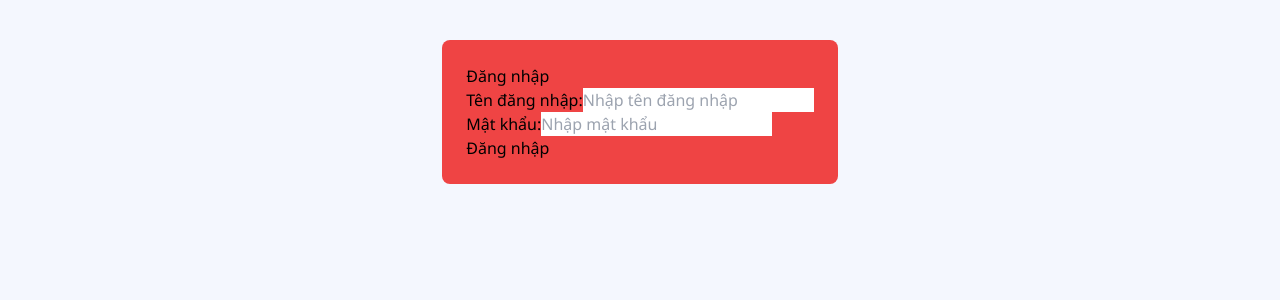
Repository: phuc258/BTVN03-REACT03
Page: /login
These files come from the project's save history. The page is drawn as it stood at one moment and after the next save; the edit follows.
The browser window is 1280 px wide. The pictures show the whole page.
The project was rebuilt for these pictures with package versions that can differ from the ones it lists, and the page was loaded fresh each time. Also part of the build but not shown: vite.config.ts, src/pages/NotFoundPage.tsx, src/pages/TodoPage.tsx.

Above is the page before, as saved 2026-01-18 23:34:33.

### index.html
<!doctype html>
<html lang="en">
  <head>
    <meta charset="UTF-8" />
    <link rel="icon" type="image/svg+xml" href="/vite.svg" />
    <meta name="viewport" content="width=device-width, initial-scale=1.0" />
    <title>btvn03-react-typescript</title>
  </head>
  <body>
    <div id="root"></div>
    <script type="module" src="/src/main.tsx"></script>
  </body>
</html>

### src/App.css
@tailwind base;
@tailwind components;
@tailwind utilities;

* {
    margin: 0;
    padding: 0;
    box-sizing: border-box;
}

body {
    font-family: 'Segoe UI', Helvetica, Arial, sans-serif;
    background-color: #f4f7fe;
    display: flex;
    justify-content: center;
    align-items: flex-start;
    min-height: 100vh;
    padding: 40px 20px;
}

.card {
    background: white;
    width: 100%;
    max-width: 400px;
    padding: 2rem;
    border-radius: 12px;
    box-shadow: 0 10px 25px rgba(0, 0, 0, 0.1);
}

.title {
    text-align: center;
    color: #2A8C43;
    margin-bottom: 1.5rem;
    font-size: 24px;
}

.search-container {
    display: flex;
    gap: 8px;
    margin-bottom: 20px;
}

.input-wrapper {
    position: relative;
    flex: 1;
}

.clear-btn {
    position: absolute;
    right: 10px;
    top: 50%;
    transform: translateY(-50%);
    background: none;
    border: none;
    color: #999;
    font-size: 18px;
    cursor: pointer;
    padding: 5px;
    line-height: 1;
}

.clear-btn:hover {
    color: #666;
}

.input-search {
    width: 100%;
    padding: 12px 35px 12px 12px;
    border-radius: 8px;
    border: 1px solid #ddd;
    outline: none;
}

.search-container {
    display: flex;
    gap: 8px;
    margin-bottom: 20px;
}

.search-btn {
    padding: 0 16px;
    background-color: #2A8C43;
    color: white;
    border: none;
    border-radius: 8px;
    font-weight: bold;
    cursor: pointer;
}

.todo-list {
    list-style: none;
}

.todo-item {
    display: flex;
    align-items: center;
    gap: 12px;
    padding: 12px 0;
    border-bottom: 1px solid #eee;
}

.todo-item input[type="checkbox"] {
    width: 18px;
    height: 18px;
    cursor: pointer;
    accent-color: #2A8C43;
}

.todo-item span {
    font-size: 16px;
    color: #333;
    cursor: pointer;
}

.todo-item span.done {
    text-decoration: line-through;
    color: #a0aec0;
}

### src/App.tsx
import "./App.css";
import { TodoProvider } from "./context/TodoContext";
import MainRoute from "./routes/MainRoute";

function App() {
  return (
    <TodoProvider>
      <MainRoute />
    </TodoProvider>
  );
}

export default App;

### src/context/TodoContext.tsx
import { createContext, useContext, useState, type ReactNode } from "react";
import type { TodoContextType } from "../interfaces/ITodoContextType";
import type { Todo } from "../interfaces/ITodo";

export const TodoContext = createContext<TodoContextType | undefined>(undefined);

// TodoProvider
export function TodoProvider({ children }: { children: ReactNode }) {
    const initialData: Todo[] = [
        { "name": "Xem phim", "status": false, "id": "1" },
        { "name": "Ngủ sớm", "status": false, "id": "2" },
        { "name": "Học tiếng Anh", "status": false, "id": "3" },
        { "name": "Check mail công việc", "status": false, "id": "4" }
    ];

    const [todos, setTodos] = useState<Todo[]>(initialData);
    const [searchItem, setSearchItem] = useState("");

    const handleToggle = (id: string) => {
        setTodos(prev => prev.map(
            t => t.id === id ? { ...t, status: !t.status } : t
        ))
    }

    return (
        <TodoContext.Provider value={{ todos, searchItem, setSearchItem, handleToggle }}>
            {children}
        </TodoContext.Provider>
    )
}

export const useTodo = () => {
    const context = useContext(TodoContext);
    if (!context)
        throw new Error("useTodo phải nằm trong TodoProvider");
    return context;
}

### src/routes/MainRoute.tsx
import { BrowserRouter, Routes, Route } from "react-router-dom";
import React from "react";

import NotFoundPage from "../pages/NotFoundPage";
import TodoPage from "../pages/TodoPage";
import LoginPage from "../pages/LoginPage";

const MainRoute: React.FC = () => {
    return (
        <BrowserRouter>
            <Routes>
                <Route path="/" element={<TodoPage />} />
                <Route path="/login" element={<LoginPage />} />
                <Route path="*" element={<NotFoundPage />} />
            </Routes>
        </BrowserRouter>
    );
};

export default MainRoute;

### src/pages/LoginPage.tsx
import React, { useState } from "react";
import { useNavigate } from "react-router-dom";

const LoginPage: React.FC = () => {
    const [username, setUsername] = useState("");
    const [password, setPassword] = useState("");
    const [error, setError] = useState("");
    const navigate = useNavigate();

    const handleSubmit = (e: React.FormEvent) => {
        e.preventDefault();

        if (username === "admin" && password === "1") {
            localStorage.setItem("isLoggedIn", "true");
            navigate("/");
        } else {
            setError("Tên đăng nhập hoặc mật khẩu không đúng!");
        }
    };

    return (
        <div className="mx-auto prose bg-red-500 p-6 rounded-lg">
            <h1>Đăng nhập</h1>
            <form onSubmit={handleSubmit}>
                <div>
                    <label>Tên đăng nhập:</label>
                    <input
                        type="text"
                        placeholder="Nhập tên đăng nhập"
                        value={username}
                        onChange={(e) => setUsername(e.target.value)}
                    />
                </div>
                <div>
                    <label>Mật khẩu:</label>
                    <input
                        type="password"
                        placeholder="Nhập mật khẩu"
                        value={password}
                        onChange={(e) => setPassword(e.target.value)}
                    />
                </div>
                {error && <p style={{ color: "red" }}>{error}</p>}
                <button type="submit">Đăng nhập</button>
            </form>
        </div>
    );
};

export default LoginPage;

Loaded but not shown: src/main.tsx (common file); tailwind.config.js (common file)

After the next save:
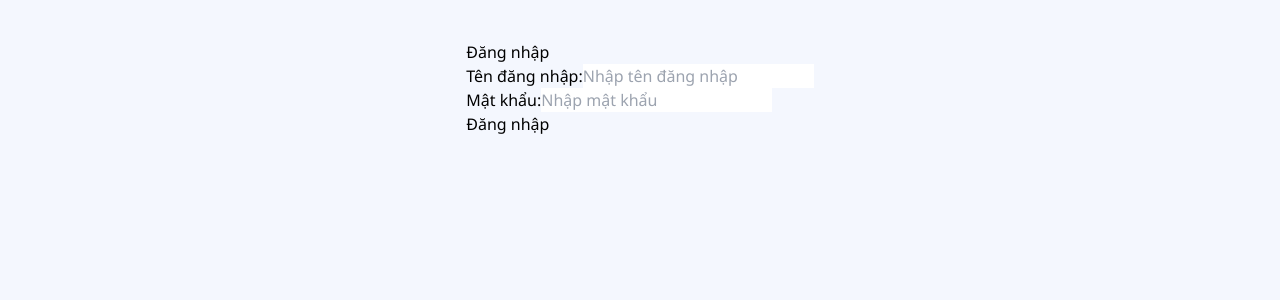
Saved 4 s later.
--- a/src/pages/LoginPage.tsx
+++ b/src/pages/LoginPage.tsx
@@ -19,7 +19,7 @@ const LoginPage: React.FC = () => {
     };
 
     return (
-        <div className="mx-auto prose bg-red-500 p-6 rounded-lg">
+        <div className="mx-auto prose">
             <h1>Đăng nhập</h1>
             <form onSubmit={handleSubmit}>
                 <div>
